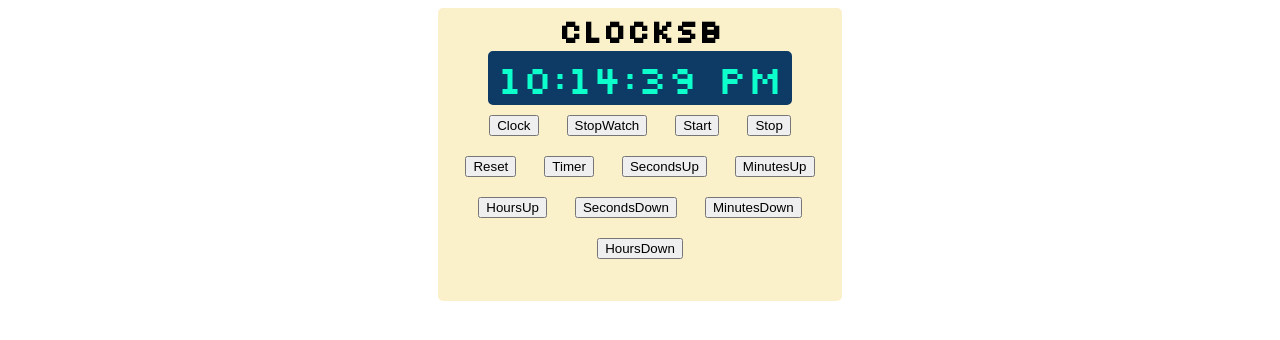
Repository: ourshadetree/clockSB
Page: index.html
An editor plug-in stored every save of this project. The page is shown before and after the next save, followed by the edit.
The browser window is 1280 px wide. The pictures show the whole page.

Above is the page before, as saved 2025-12-06 12:53:27.

### index.html
<!DOCTYPE html>
<html lang="en">
<head>
    <meta charset="UTF-8">
    <meta name="viewport" content="width=device-width, initial-scale=1.0">
    <title>clockSB</title>
    <link href="style.css" rel="stylesheet"/>
    <script src="index.js"></script>
</head>
<body>
    <div id="outer-shell">
        <h1 id="title">ClockSB</h1>

        <div id="screen">
            <span id="clockScreen">Clock stuff</span>

        </div>
        <button onClick="loadClock()">Clock</button>
        <button onClick="loadSW()">StopWatch</button>
        <button onClick="start()">Start</button>
        <button onClick="end()">Stop</button>
        <button onClick="loadSW()">Reset</button>
        <button onClick="loadTimer()">Timer</button>
        <button data-unit="seconds" data-direction="up">SecondsUp</button>
        <button data-unit="minutes" data-direction="up">MinutesUp</button>
        <button data-unit="hours" data-direction="up">HoursUp</button>
        <button data-unit="seconds" data-direction="down">SecondsDown</button>
        <button data-unit="minutes" data-direction="down">MinutesDown</button>
        <button data-unit="hours" data-direction="down">HoursDown</button>
    </div>
</body>
</html>

### style.css
@font-face {
    font-family: 'Silkscreen';
    src: url('./fonts/Silkscreen-Regular.ttf') format('truetype');
    font-weight: normal;
    font-style: normal;
}

body {
    font-family: 'Silkscreen', sans-serif;
    text-align: center;
}

#clockScreen {
    color: aquamarine;
    mix-blend-mode: hard-light;
    font-size: 40px;
}

#title {
    margin: 0;
}

button {
    margin: 10px;
}

#outer-shell {
    margin: auto;
    border: 2px solid #FAF0CA;
    border-radius: 5px;
    background-color: #FAF0CA;
    padding-bottom: 30px;
    width: 400px;
}

#screen {
    margin: auto;
    border: 2px solid #0D3B66;
    border-radius: 5px;
    background-color: #0D3B66;

    width: 300px;
    height: 50px;
}

### index.js
var checkT = new Date();
const timer = {
    hours: 0,
    minutes: 0,
    seconds: 0
}

window.onload = function() {
    loadClock();
}

function clearAllIntervals() {
    for(let i = 1; i < 99999; i++) {
        window.clearInterval(i);
    }
}

function loadClock() {
    clearAllIntervals();
    getTime();
    setInterval(getTime, 1000);
}

function getTime() {
    const currentTime = new Date();
    const minutes = currentTime.getMinutes();
    const hours = currentTime.getHours();
    const seconds = currentTime.getSeconds();

    updateScreen({minutes, hours, seconds});
}

function updateScreen(timeObj) {
    let amPm = "AM";
    if(timeObj.hours > 12) {
        amPm = "PM";
        console.log(timeObj.hours);
    } else {
        amPm = "AM";
    }

    if(timeObj.hours > 12) {
        timeObj.hours = timeObj.hours - 12;
    }

    if(timeObj.minutes < 10) {
        timeObj.minutes = "0" + timeObj.minutes;
    }

    if(timeObj.seconds < 10) {
        timeObj.seconds = "0" + timeObj.seconds;
    }

    let timeNow = timeObj.hours + ":" + timeObj.minutes + ":" + timeObj.seconds + " " + amPm;

    let timeNowDis = document.getElementById("clockScreen");
    timeNowDis.innerHTML = timeNow;
}

function loadSW() {
    clearAllIntervals();
    stopWatch();
}

function loadTimer() {
    clearAllIntervals();
    document.getElementById("clockScreen").innerHTML = "0" + timer.hours + ":0" + timer.minutes + ":0" + timer.seconds;
}


document.addEventListener("click", (e) => {
    const btn = e.target.closest("button[data-unit][data-direction]");
    if(!btn) return;

    const unit = btn.dataset.unit;
    const direction = btn.dataset.direction;

    if(direction === "up") {
        timer[unit]++;
    } else {
        timer[unit]--;
    }
        updateScreen();

});

function stopWatch() {
    seconds = 0;
    minutes = 0;
    hours = 0;

    document.getElementById("clockScreen").innerHTML = "00:00:00";
}

function start() {
    countUp();
    clearAllIntervals();
    setInterval(countUp, 1000);
}

function end() {
    clearAllIntervals();
}

function countUp() {
    let displayMin;
    let displaySec;
    let displayHour;

    seconds++;

    if(seconds < 10 && seconds != 0) {
        displaySec = "";
        displaySec = "0" + seconds;
    } else if(seconds == 0) {
        displaySec = "";
        displaySec = "00";
    } else {
        displaySec = "";
        displaySec = seconds;
    }
    if(minutes < 10 && minutes != 0) {
        displayMin = "";
        displayMin = "0" + minutes;
    } else if(minutes == 0) {
        displayMin = "";
        displayMin = "00";
    } else {
        displayMin = "";
        displayMin = minutes;
    }
    if(hours < 10 && hours != 0) {
        displayHour = "";
        displayHour = "0" + hours;
    } else if(hours == 0) {
        displayHour = "";
        displayHour = "00";
    } else {
        displayHour = "";
        displayHour = hours;
    }
    if(seconds == 59) {
        seconds = 0;
        minutes++;
    }
    if(minutes == 59) {
        minutes = 0;
        hours++;
    }

    document.getElementById("clockScreen").innerHTML = displayHour + ":" + displayMin + ":" + displaySec;
}

After the next save:
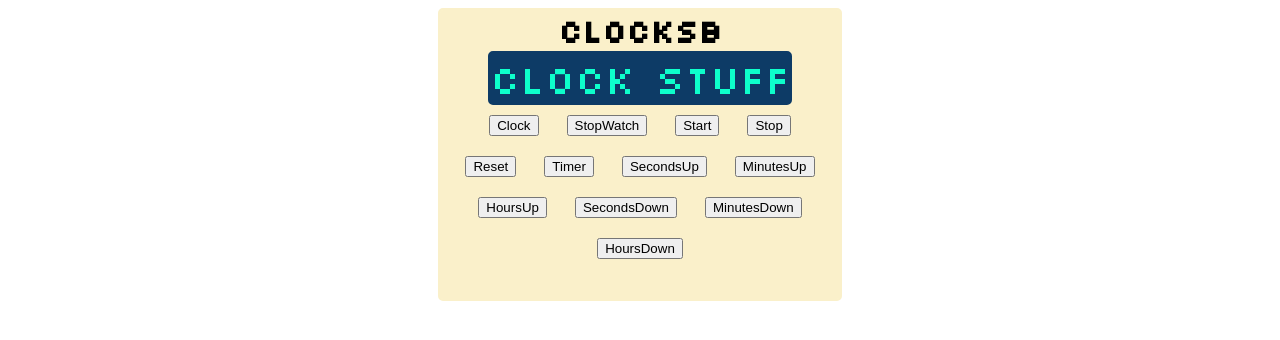
Console error: ReferenceError: amPm is not defined
Saved 73 s later.
--- a/index.js
+++ b/index.js
@@ -31,13 +31,6 @@
 }
 
 function updateScreen(timeObj) {
-    let amPm = "AM";
-    if(timeObj.hours > 12) {
-        amPm = "PM";
-        console.log(timeObj.hours);
-    } else {
-        amPm = "AM";
-    }
 
     if(timeObj.hours > 12) {
         timeObj.hours = timeObj.hours - 12;

After the save that followed:
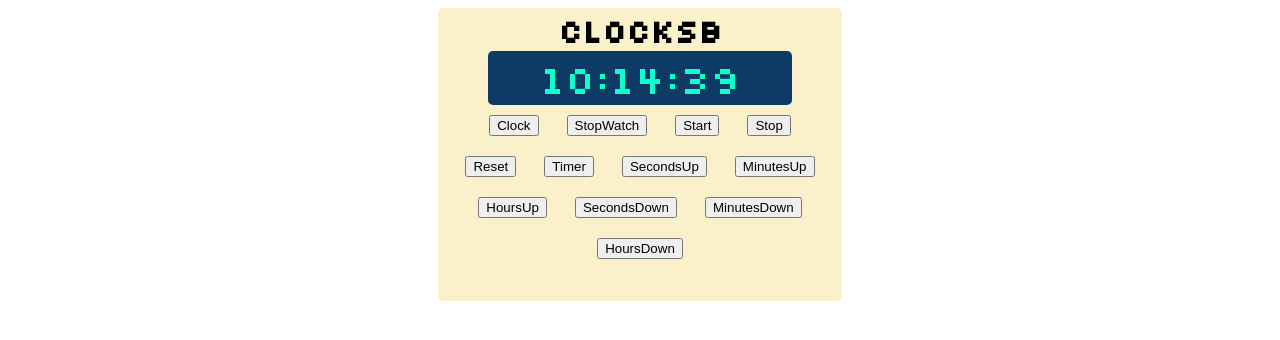
The error is gone.
Saved 8 s later.
--- a/index.js
+++ b/index.js
@@ -44,7 +44,7 @@
         timeObj.seconds = "0" + timeObj.seconds;
     }
 
-    let timeNow = timeObj.hours + ":" + timeObj.minutes + ":" + timeObj.seconds + " " + amPm;
+    let timeNow = timeObj.hours + ":" + timeObj.minutes + ":" + timeObj.seconds;
 
     let timeNowDis = document.getElementById("clockScreen");
     timeNowDis.innerHTML = timeNow;
